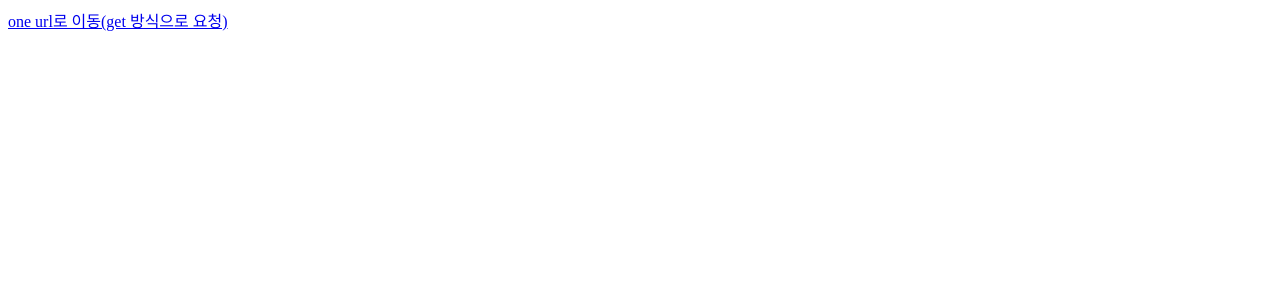
Repository: Encore-Playdata-Course/Spring
Page: step08_webBasic/WebContent/index.html
An editor plug-in stored every save of this project. The page is shown before and after the next save, followed by the edit.
The browser window is 1280 px wide. The pictures show the whole page.

Above is the page before, as saved 2021-01-28 08:12:14.

After the next save:
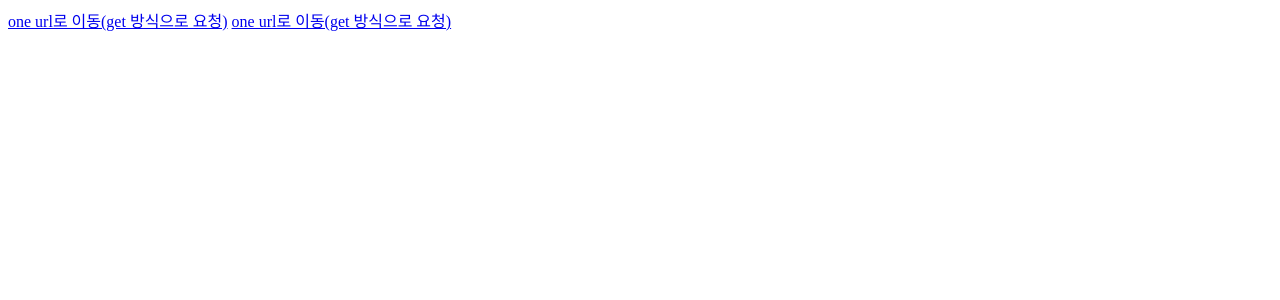
Saved 3 min 43 s later.
--- a/step08_webBasic/WebContent/index.html
+++ b/step08_webBasic/WebContent/index.html
@@ -10,5 +10,6 @@
 			one에 매핑된 controller-> WEB-INF/finalView.jsp
 	 -->
 	<a href="one">one url로 이동(get 방식으로 요청)</a>
+	<a href="two">one url로 이동(get 방식으로 요청)</a>
 </body>
 </html>
